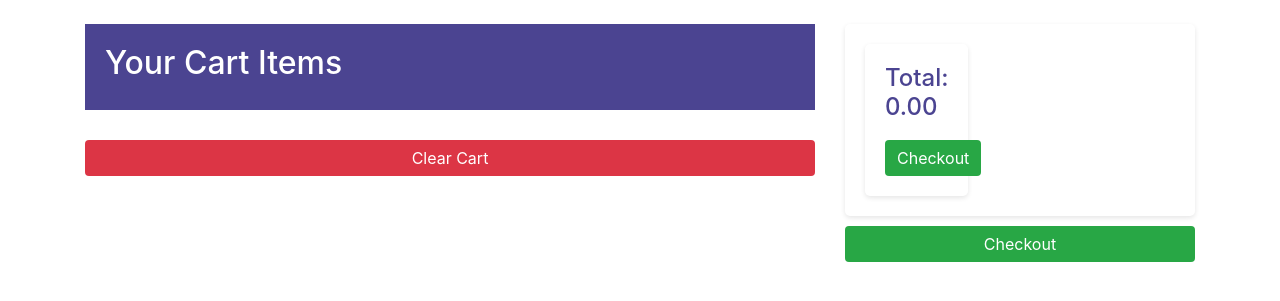
Repository: OraonShivam21/wonderwave-travels
Page: cart/index.html
The author's editor kept a copy of each file at every save. The page is drawn from the files as they stood at one save, then again after the next save.
The browser window is 1280 px wide. The pictures show the whole page.

Above is the page before, as saved 2023-12-16 16:13:17.

After the next save:
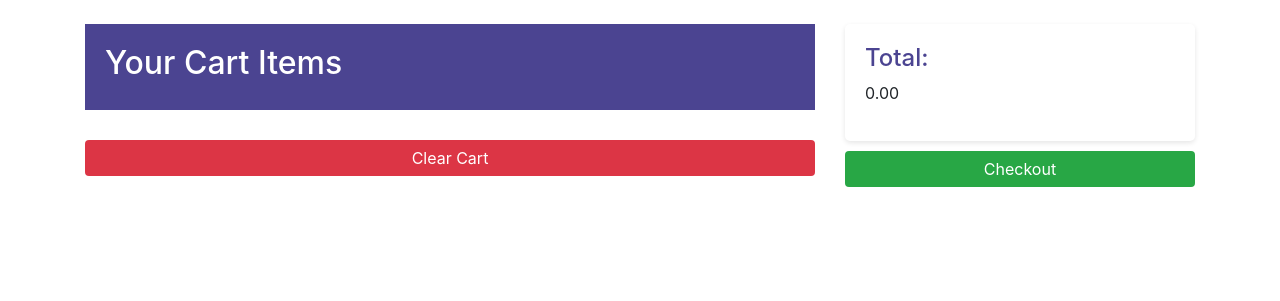
Saved 41 s later.
--- a/cart/cart.js
+++ b/cart/cart.js
@@ -11,32 +11,30 @@
   let total = 0;
   cartItems.forEach((item, index) => {
     total += item.price;
-    const cartItemCard = document.createElement("div");
-    cartItemCard.className = "col-12 col-md-6 col-lg-4 mb-3";
-    cartItemCard.innerHTML = `
-          <div class="card cart-item-card">
-              <img src="${item.image}" class="card-img-top" alt="${item.title}">
-              <div class="card-body">
+    const cartItemDiv = document.createElement("div");
+    cartItemDiv.className = "cart-item-card";
+    cartItemDiv.innerHTML = `
+          <div class="d-flex justify-content-between align-items-center">
+              <div>
                   <h5 class="card-title">${item.title}</h5>
-                  <p class="card-text">${item.description}</p>
-                  <div class="btn-group" role="group" aria-label="Cart Actions">
-                      <button class="btn btn-outline-secondary btn-sm">-</button>
-                      <button class="btn btn-outline-secondary btn-sm">+</button>
-                      <button class="btn btn-danger btn-sm remove-item-btn" onclick="removeFromCart(${index})">Remove</button>
-                  </div>
+                  <p class="card-text">${item.location}</p>
+              </div>
+              <div>
+                  <p class="card-text">${item.currency} ${item.price.toFixed(
+      2
+    )}</p>
+                  <button class="btn remove-item-btn" onclick="removeFromCart(${index})">Remove</button>
               </div>
           </div>
       `;
-    cartItemsContainer.appendChild(cartItemCard);
+    cartItemsContainer.appendChild(cartItemDiv);
   });
 
   // Load cart summary
   const cartSummary = document.getElementById("cart-summary");
   cartSummary.innerHTML = `
-      <div class="col-md-4 cart-summary">
-          <h4>Total: ${total.toFixed(2)}</h4>
-          <button class="btn checkout-btn">Checkout</button>
-      </div>
+      <h4>Total:</h4>
+      <p class="cart-total">${total.toFixed(2)}</p>
   `;
 }
 

After the save that followed:
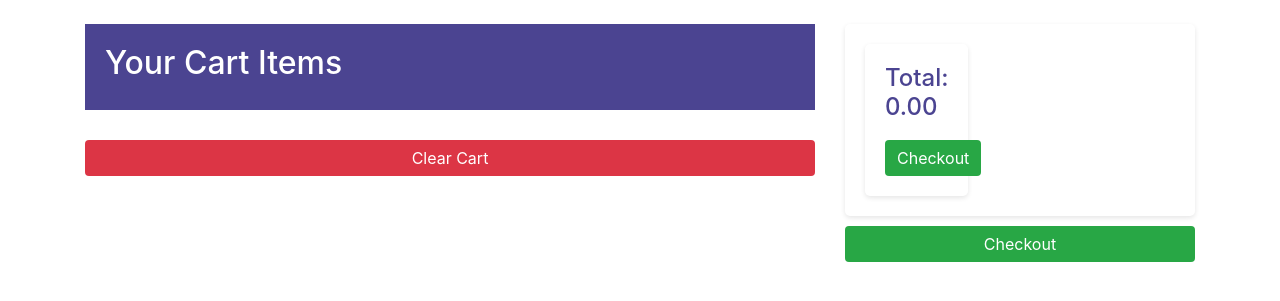
Saved 105 s later.
--- a/cart/cart.js
+++ b/cart/cart.js
@@ -11,30 +11,32 @@
   let total = 0;
   cartItems.forEach((item, index) => {
     total += item.price;
-    const cartItemDiv = document.createElement("div");
-    cartItemDiv.className = "cart-item-card";
-    cartItemDiv.innerHTML = `
-          <div class="d-flex justify-content-between align-items-center">
-              <div>
+    const cartItemCard = document.createElement("div");
+    cartItemCard.className = "col-12 col-md-6 col-lg-4 mb-3";
+    cartItemCard.innerHTML = `
+          <div class="card cart-item-card">
+              <img src="${item.image}" class="card-img-top" alt="${item.title}">
+              <div class="card-body">
                   <h5 class="card-title">${item.title}</h5>
-                  <p class="card-text">${item.location}</p>
-              </div>
-              <div>
-                  <p class="card-text">${item.currency} ${item.price.toFixed(
-      2
-    )}</p>
-                  <button class="btn remove-item-btn" onclick="removeFromCart(${index})">Remove</button>
+                  <p class="card-text">${item.description}</p>
+                  <div class="btn-group" role="group" aria-label="Cart Actions">
+                      <button class="btn btn-outline-secondary btn-sm">-</button>
+                      <button class="btn btn-outline-secondary btn-sm">+</button>
+                      <button class="btn btn-danger btn-sm remove-item-btn" onclick="removeFromCart(${index})">Remove</button>
+                  </div>
               </div>
           </div>
       `;
-    cartItemsContainer.appendChild(cartItemDiv);
+    cartItemsContainer.appendChild(cartItemCard);
   });
 
   // Load cart summary
   const cartSummary = document.getElementById("cart-summary");
   cartSummary.innerHTML = `
-      <h4>Total:</h4>
-      <p class="cart-total">${total.toFixed(2)}</p>
+      <div class="col-md-4 cart-summary">
+          <h4>Total: ${total.toFixed(2)}</h4>
+          <button class="btn checkout-btn">Checkout</button>
+      </div>
   `;
 }
 
